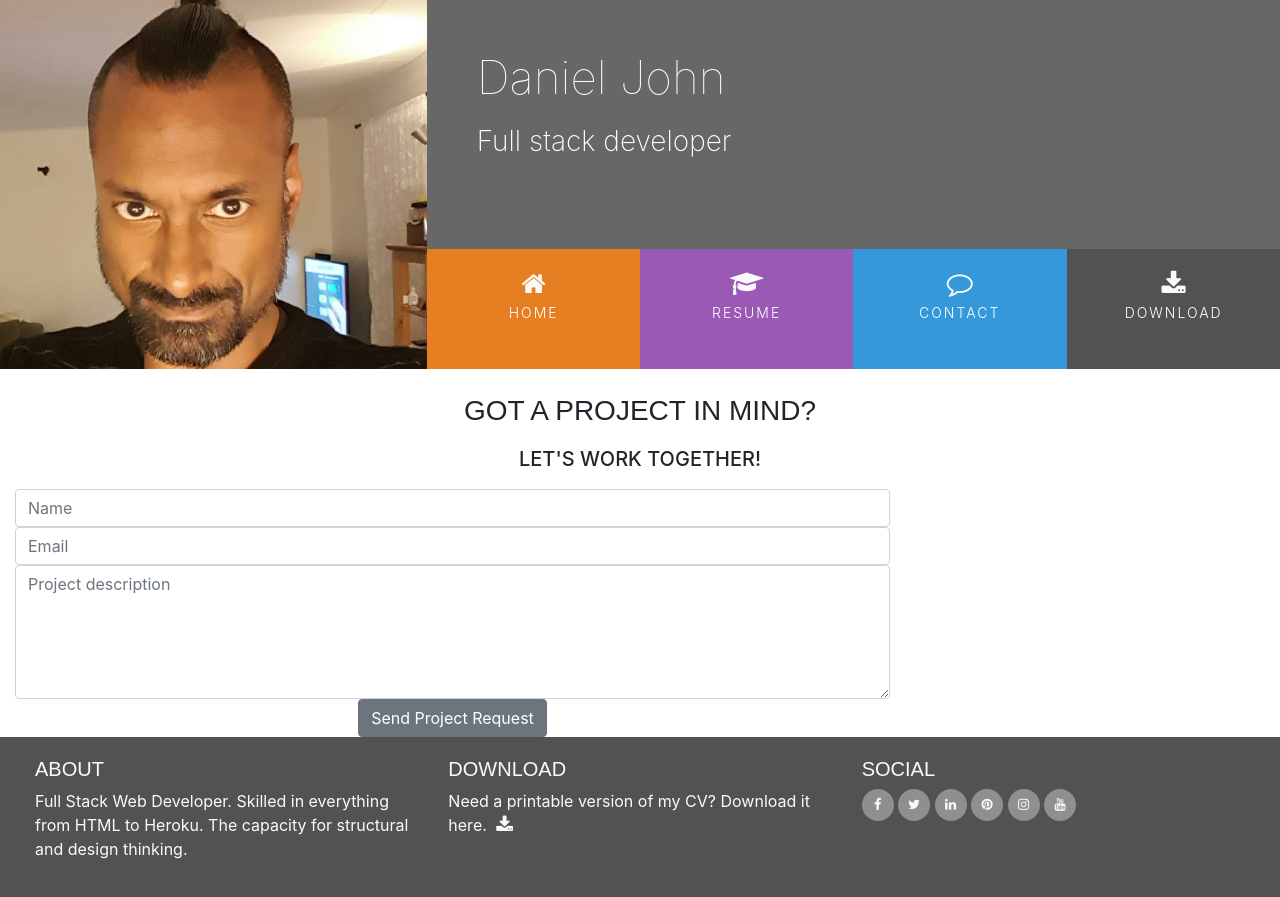
Repository: Jadehammar/initial-commit
Page: contact.html
The author's editor kept a record of every edit. The page is drawn from the files as they stood at one moment, then again after the next edit.
The browser window is 1280 px wide. The pictures show the whole page.

Above is the page before.

### contact.html
<!DOCTYPE html>
<html lang="en">

<head>
    <meta charset="UTF-8">
    <meta name="viewport" content="width=device-width, initial-scale=1.0">
    <meta http-equiv="X-UA-Compatible" content="ie=edge">
    <link rel="stylesheet" href="https://stackpath.bootstrapcdn.com/font-awesome/4.7.0/css/font-awesome.min.css" type="text/css" />
    <link rel="stylesheet" href="https://cdnjs.cloudflare.com/ajax/libs/hover.css/2.3.1/css/hover-min.css" type="text/css" />
    <link rel="stylesheet" href="https://stackpath.bootstrapcdn.com/bootstrap/4.3.1/css/bootstrap.min.css" type="text/css" />
    <link rel="stylesheet" href="assets/css/style.css" type="text/css" />
    <title>Daniel John Contact</title>
</head>

<body>
    <header>
        <div class="row no-gutters">
            <a href="index.html" class="col-md-4 logo"></a>
            <div class="col-md-8">
                <div class="row no-gutters bg-color-name-title">
                    <div class="col heading">
                        <h1 class="name">Daniel John</h1>
                        <h2 class="title">Full stack developer</h2>
                    </div>
                </div>
                <div class="row no-gutters">
                    <div class="col">
                        <ul id="nav" class="list-inline menucontainer">
                            <li class="col-6 col-sm-3 ui-menue-color-home list-inline-item menueitem">
                                <a href="#" class="hvr-sweep-to-bottom"><i class="fa fa-home" aria-hidden="true"></i><span>Home</span></a>
                            </li>
                            <li class="col-6 col-sm-3 ui-menue-color-resume list-inline-item menueitem">
                                <a href="#" class="hvr-sweep-to-bottom"><i class="fa fa-graduation-cap" aria-hidden="true"></i><span>Resume</span></a>
                            </li>
                            <li class="col-6 col-sm-3 ui-menue-color-contact list-inline-item menueitem">
                                <a href="#" class="hvr-sweep-to-bottom"><i class="fa fa-comment-o" aria-hidden="true"></i><span>Contact</span></a>
                            </li>
                            <li class="col-6 col-sm-3 ui-menue-color-download list-inline-item menueitem">
                                <a href="#" class="hvr-sweep-to-bottom"><i class="fa fa-download" aria-hidden="true"></i><span>Download</span></a>
                            </li>

                        </ul>
                    </div>
                </div>
            </div>
    </header>
    <section class="container-fluid">
        <div class="row bg-color-contact">
            <div class="col">
                <h3 class="contact-heading uppercase text-center">Got a project in mind?</h3>
                <h5 class="uppercase text-center">Let's work together!</h5>
            </div>
            <div class="container-fluid">
                <div class="center-form">
                    <form>
                        <input type="text" name="name" id="fullname" class="form-control" placeholder="Name" required />
                        <input type="email" name="email" id="emailaddress" class="form-control" placeholder="Email" required />
                        <textarea rows="5" name="projectsummary" id="projectsummary" class="form-control" placeholder="Project description" required></textarea>
                        <div class="form-row text-center">
                            <div class="col">
                                <button type="submit" class="btn btn-secondary">Send Project Request</button>
                            </div>
                        </div>
                    </form>
                </div>
            </div>

        </div>
        </div>
    </section>
    <footer class="container-fluid">
        <div id="footer-details" class="row">
            <div class="col-sm-4">
                <h5 class="uppercase general-sub">About</h5>
                <p class="inline-block">
                    Full Stack Web Developer. Skilled in everything from HTML to Heroku. The capacity for structural and design thinking.
                </p>
            </div>
            <div class="col-sm-4">
                <h5 class="uppercase general-sub">Download</h5>
                <p class="inline-block">
                    Need a printable version of my CV? Download it here.
                    <a href="#" target="_blank" class="cv-pdf">
                        <i class="fa fa-download" aria-hidden="true"></i>
                        <span class="sr-only">Download link.</span>
                    </a>
                </p>
            </div>
            <div class="col-sm-4">
                <h5 class="uppercase general-sub">Social</h5>
                <ul class="list-inline social-links">
                    <li class="list-inline-item">
                        <a target="_blank" href="#">
                            <i class="fa fa-facebook" aria-hidden="true"></i>
                            <span class="sr-only">Facebook</span>
                        </a>
                    </li>
                    <li class="list-inline-item">
                        <a target="_blank" href="#">
                            <i class="fa fa-twitter" aria-hidden="true"></i>
                            <span class="sr-only">Twitter</span>
                        </a>
                    </li>
                    <li class="list-inline-item">
                        <a target="_blank" href="#">
                            <i class="fa fa-linkedin" aria-hidden="true"></i>
                            <span class="sr-only">LinkedIn</span>
                        </a>
                    </li>
                    <li class="list-inline-item">
                        <a target="_blank" href="#">
                            <i class="fa fa-pinterest" aria-hidden="true"></i>
                            <span class="sr-only">Pinterest</span>
                        </a>
                    </li>
                    <li class="list-inline-item">
                        <a target="_blank" href="#">
                            <i class="fa fa-instagram" aria-hidden="true"></i>
                            <span class="sr-only">Instagram</span>
                        </a>
                    </li>
                    <li class="list-inline-item">
                        <a target="_blank" href="#">
                            <i class="fa fa-youtube" aria-hidden="true"></i>
                            <span class="sr-only">YouTube</span>
                        </a>
                    </li>
                </ul>
            </div>
        </div>
    </footer>
</body>

</html>

### assets/css/style.css
@import url('https://fonts.googleapis.com/css?family=Roboto:100,200,300,400,500,600,700│exo:100,200,300,400,500,600,700');

/*---------------------------------------------color-------------------------------------*/

.bg-color-name-title {
    background-color: #676767;
}

.bg-color-three-reasons {
    background-color: #fff;
}

.bg-color-personal-info {
    background-color: #f4f4f4;
}

.ui-menue-color-home {
    background-color: #e67e22;

}

.ui-menue-color-resume {
    background-color: #9b59b6;

}

.ui-menue-color-contact {
    background-color: #3498db;

}

.ui-menue-color-download {
    background-color: #525252;

}

.bg-color-work-history {
    background-color: #9b59b6;
}

.bg-color-contact{
    background-color: #fff;

}

/*---------------------------------------------Special padding/margins/text-------------------------------------*/

h1,
h2,
h3,
h4 {
    margin: 0;
}

.uppercase {
    text-transform: uppercase;
}

.general-sub {
    font-family: "Exo", sans-serif;
    font-weight: 300;
    color: #fafafa;
}

.inline-block {
    display: inline-block;
}

.row-table {
    display: table;
}

.section-column {
    display: table-cell;
    padding: 0 30px 30px;
    float: none;
}

.history-heading,
.section-heading {
    font-family: "Exo", sans-serif;
    font-weight: 300;
    margin-bottom: 40px;
    margin-top: 25px;
}

/*---------------------------------------------Heading-------------------------------------*/

header {
    margin: 0;
}

.heading {
    margin-left: 50px;

}

.logo {
    background: url("../images/närbild_p.jpg");
    background-position: center;
    background-repeat: no-repeat;
    background-size: cover;
    min-height: 360px;
    transition: all .75s ease-in-out;
    -moz-transition: all .75s ease-in-out;
    -webkit-transition: all .75s ease-in-out;
    -o-transition: all .75s ease-in-out;
}

.name {
    font-family: "Exo" sans-serif;
    font-weight: 100;
    font-size: 46px;
    margin-top: 50px;
    color: #fff;
}

.title {
    font-family: "Roboto" sans-serif;
    font-weight: 200;
    font-size: 28px;
    margin-top: 20px;
    margin-bottom: 90px;
    color: #fff;
}

.list-inline-item:not(:last-child) {
    margin: 0;
}

.menucontainer {
    font-size: 0;
}

#nav li {
    font-size: 14px;
    padding: 0;
}

#nav {
    margin: 0;
}

.menueitem {
    height: 120px;
    text-align: center;
    padding: 0;
}

.menueitem a {
    width: 100%;
    text-decoration: none;
    color: #fff;
    height: 120px;
}

.menueitem a i {
    padding-top: 22px;
    display: block;
    color: #fafafa;
    font-size: 26px;
}

.menueitem span {
    display: block;
    width: 100%;
    padding-top: 5px;
    text-align: center;
    text-transform: uppercase;
    font-size: 14px;
    font-weight: 300;
    letter-spacing: 2px;
}


/*---------------------------------------------Hover.css-------------------------------------*/

.hvr-sweep-to-bottom:before {
    background: rgba(0, 0, 0, 0.2);
    height: 120px;
}

/*---------------------------------------------Footer-------------------------------------*/

footer {
    background-color: #525252;
    color: #fafafa;
    min-height: 120px;
    margin: 0;
}

.cv-pdf i {
    font-size: 18px;
    color: #fafafa;
    text-align: center;
    padding-left: 5px;
    transition: all 0.35s ease-in-out;
    -moz-transition: all 0.35s ease-in-out;
    -webkit-transition: all 0.35s ease-in-out;
    -o-transition: all 0.35 ease-in-out;
}

.cv-pdf i:hover {
    color: #e84160;
    font-size: 19px;
}

.social-links {
    padding-bottom: 15px;
}


.social-links li a i {
    width: 32px;
    height: 32px;
    padding: 12px 0;
    border-radius: 50%;
    font-size: 13px;
    line-height: 7px;
    text-align: center;
    color: #fafafa;
    background: #8f8f8f;
    transition: all 0.35s ease-in-out;
    -moz-transition: all 0.35s ease-in-out;
    -webkit-transition: all 0.35s ease-in-out;
    -o-transition: all 0.35 ease-in-out;
}

.social-links li a i:hover {
    background: #e84610;
}

#footer-details {
    padding: 20px;
}

/*---------------------------------------------Three reasons-------------------------------------*/

.three-reasons-icon {
    font-size: 26px;
    color: #e67e22;
}

.three-reasons-heading {
    margin-bottom: 15px;
}

/*---------------------------------------------Personal info-------------------------------------*/

.personal-info-item {
    margin-bottom: 20px;
    display: block;
    clear: both;

}

.personal-info-item .key,
.personal-info-item .value {
    padding-right: 8px;
    display: inline-block;
}

.personal-info-item .key p,
.personal-info-item .value p {
    margin: 0;
}

.personal-info-item .key {
    width: 30%;
    margin-right: 21px;
    padding-top: 2px;
    vertical-align: top;

}

.personal-info-item .key p {
    font-weight: 700;
}

.personal-info-item .value {
    position: relative;
    width: 60%;

}

/*---------------------------------------------Skills-------------------------------------*/

.progress {
    position: relative;
    height: 25px;
    margin-bottom: 4px;
}

.progress-type {
    position: absolute;
    left: 0px;
    font-weight: 400;
    padding: 3px 30px 2px 10px;
    color: #fafafa;
    background-color: rgba(25, 25, 25, 0.2);
}

.progress-section {
    margin: 40px 20px;

}

/*---------------------------------------------Work-history-------------------------------------*/

.history-heading {
    color: #fafafa;
    margin-bottom: 50px;
}

.timeline-item {
    padding: 4em 2em 0em 2em;
    position: relative;
    color: #fafafa;
    border-left: 1px solid;
}

.timeline-item p {
    padding: 0;
    margin: 0;
}

.timeline-item:before {
    content: attr(data-dates);
    position: absolute;
    left: 2.5em;
    top: 3em;
    display: block;
    font-family: "Exo", sans-serif;
    font-weight: 500;
    font-size: 0.8em;
    padding: 0;
    margin: 0;
}

.timeline-item:after {
    width: 12px;
    height: 12px;
    display: block;
    top: 2.4em;
    position: absolute;
    left: -6px;
    border-radius: 12px;
    content: '';
    background: #fafafa;
}

.history-items {
    margin-bottom: 30px;
}

/*---------------------------------------------Contact-form-------------------------------------*/

.contact-heading{
    font-family: "Exo", sans-serif;
    font-weight: 300;
    margin-top: 25px;
    margin-bottom: 20px;

}

.center-form {
    padding-top: 10px;
    margin: 0, auto;
 max-width: 70%;
}

button [type="submit"]{
    margin-top: 15px;
    margin-bottom: 20px;
    backround-color: #e84610;
}

After the next edit:
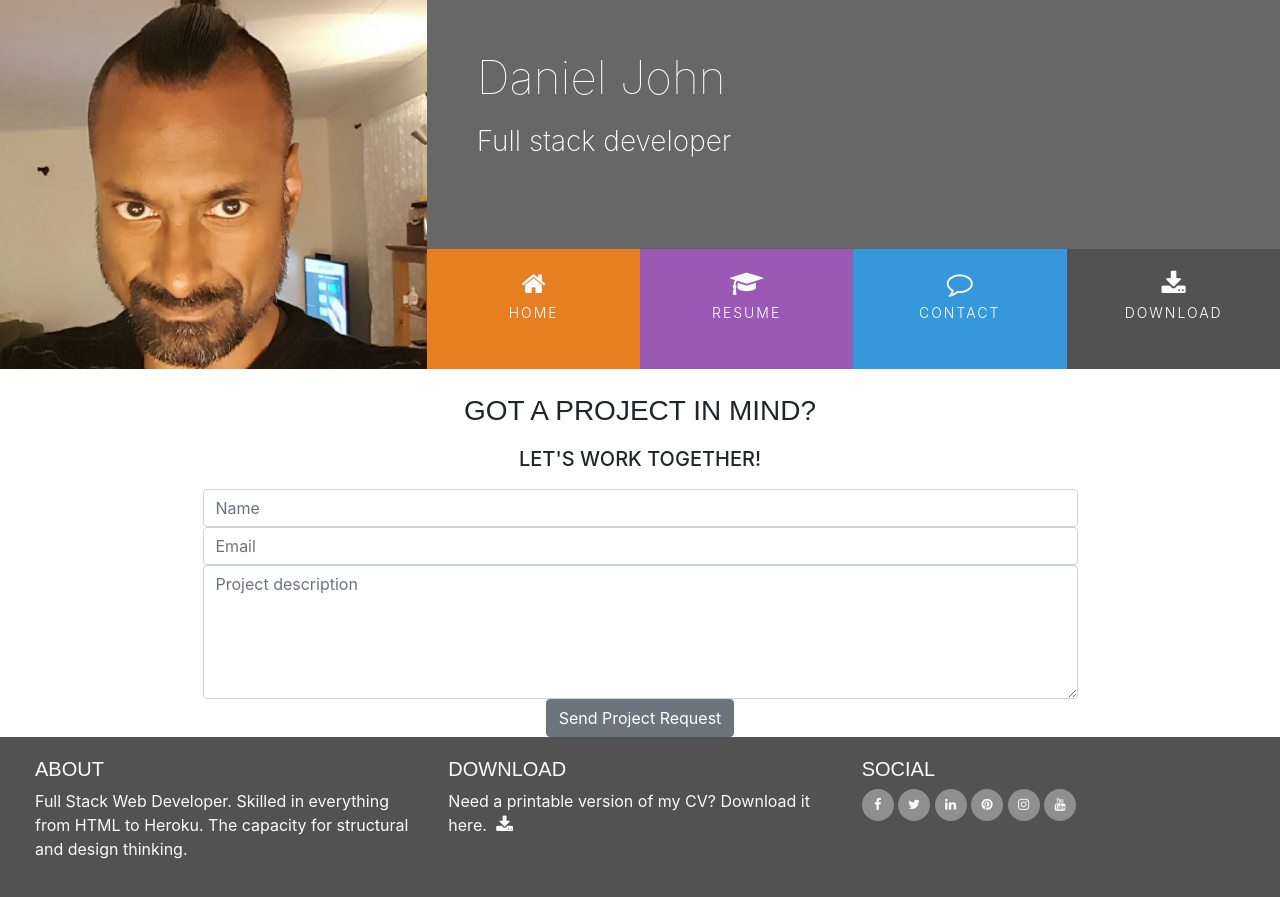
The edit:
--- a/assets/css/style.css
+++ b/assets/css/style.css
@@ -365,7 +365,7 @@
 
 .center-form {
     padding-top: 10px;
-    margin: 0, auto;
+    margin: 0 auto;
  max-width: 70%;
 }
 
